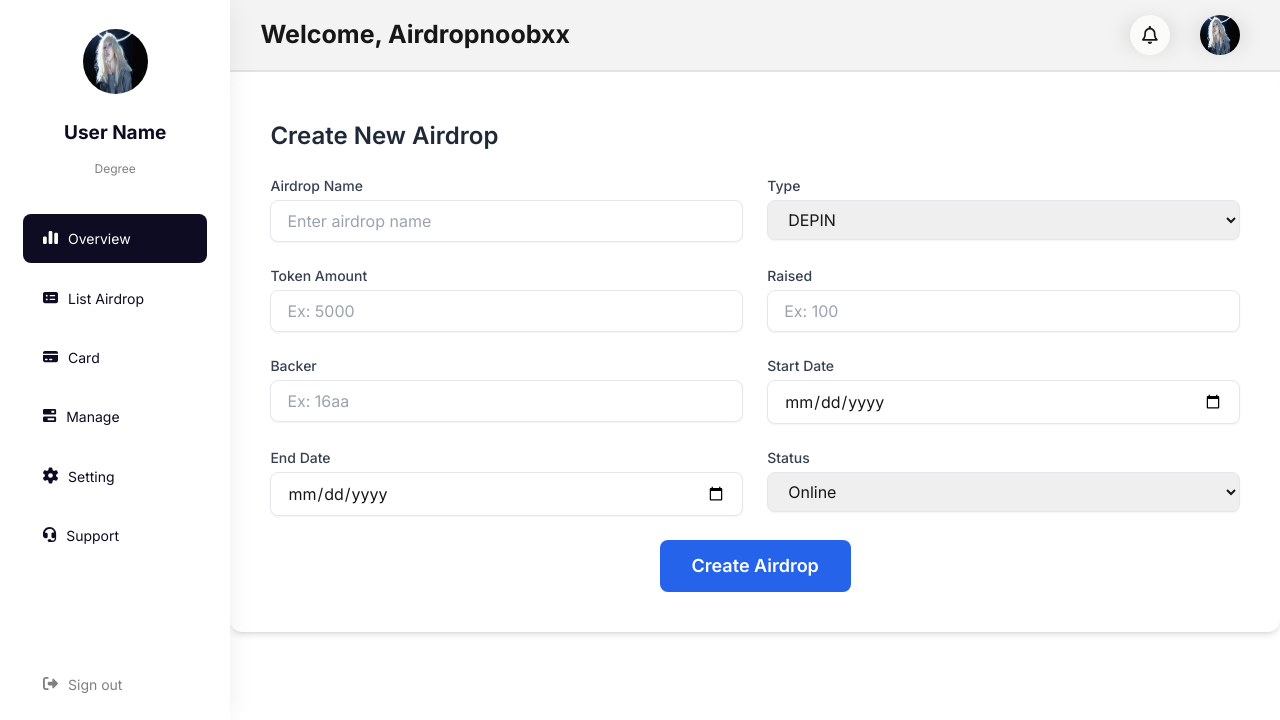
Repository: conGaStuer/airdropmamager
Page: /airdrops/new
These files come from the project's save history. The page is drawn as it stood at one moment and after the next save; the edit follows.
The browser window is 1280 px wide. The pictures show the whole page.
The project was rebuilt for these pictures with package versions that can differ from the ones it lists, and the page was loaded fresh each time. The framework's server and built-in components were replaced by stand-ins that run in the browser. Also part of the build but not shown: next.config.ts, src/styles/addForm.scss.

Above is the page before, as saved 2025-05-28 19:17:15.

### src/app/layout.tsx
// app/layout.tsx
import { Inter } from "next/font/google";
import "../styles/globals.css";
import NavBar from "@/components/NavBar";
import SideBar from "@/components/SideBar";

const inter = Inter({ subsets: ["latin"] });

export const metadata = {
  title: "Airdrop Admin",
  description: "Manage Airdrops",
};

// app/layout.tsx
export default function RootLayout({
  children,
}: {
  children: React.ReactNode;
}) {
  return (
    <html lang="en">
      <body>{children}</body>
    </html>
  );
}

### src/app/airdrops/layout.js
// app/airdrops/layout.js (hoặc layout.tsx nếu bạn dùng TypeScript)
"use client";
import React from "react";
import NavBar from "@/components/NavBar";
import SideBar from "@/components/SideBar";

export default function AirdropLayout({ children }) {
  return (
    <div className="flex">
      <SideBar />
      <div className="flex-1">
        <NavBar />
        <main className="pt-14 ">{children}</main>
      </div>
    </div>
  );
}

### src/app/airdrops/new/page.js
"use client";
import React, { useState } from "react";
import axios from "axios";
import { useRouter } from "next/navigation";
import "../../../styles/addForm.scss";
export default function CreateAirdropPage() {
  const [form, setForm] = useState({
    name: "",
    type: "",
    raised: "",
    status: "",
    tokenAmount: "",
    backer: "",
    startDate: "",
    endDate: "",
  });
  const router = useRouter();
  const handleCreate = async (e) => {
    e.preventDefault();
    await axios.post("http://localhost:5000/api/airdrops", form);
    router.push("/airdrops");
  };
  return (
    <div className="w-full max-w-8xl mx-auto bg-white p-10 rounded-xl shadow-md mt-6">
      <h2 className="text-2xl font-semibold text-gray-800 mb-6">
        Create New Airdrop
      </h2>
      <form onSubmit={handleCreate} className="grid grid-cols-2 gap-6">
        {/* Airdrop Name */}
        <div>
          <label className="block mb-1 text-sm font-medium text-gray-700">
            Airdrop Name
          </label>
          <input
            type="text"
            value={form.name}
            onChange={(e) => setForm({ ...form, name: e.target.value })}
            className="w-full px-4 py-2 border rounded-lg shadow-sm focus:outline-none focus:ring-2 focus:ring-blue-500"
            placeholder="Enter airdrop name"
          />
        </div>

        {/* Type */}
        <div>
          <label className="block mb-1 text-sm font-medium text-gray-700">
            Type
          </label>
          <select
            value={form.type}
            onChange={(e) => setForm({ ...form, type: e.target.value })}
            className="w-full px-4 py-2 border rounded-lg shadow-sm focus:outline-none focus:ring-2 focus:ring-blue-500"
          >
            <option value="DEPIN">DEPIN</option>
            <option value="Testnet">Testnet</option>
            <option value="Webpoint">Webpoint</option>
          </select>
        </div>

        {/* TokenAmount */}
        <div>
          <label className="block mb-1 text-sm font-medium text-gray-700">
            Token Amount
          </label>
          <input
            type="number"
            value={form.tokenAmount}
            onChange={(e) => setForm({ ...form, tokenAmount: e.target.value })}
            className="w-full px-4 py-2 border rounded-lg shadow-sm focus:outline-none focus:ring-2 focus:ring-blue-500"
            placeholder="Ex: 5000"
          />
        </div>

        {/* Raised */}
        <div>
          <label className="block mb-1 text-sm font-medium text-gray-700">
            Raised
          </label>
          <input
            type="number"
            value={form.raised}
            onChange={(e) => setForm({ ...form, raised: e.target.value })}
            className="w-full px-4 py-2 border rounded-lg shadow-sm focus:outline-none focus:ring-2 focus:ring-blue-500"
            placeholder="Ex: 100"
          />
        </div>

        {/* Backer */}
        <div>
          <label className="block mb-1 text-sm font-medium text-gray-700">
            Backer
          </label>
          <input
            type="text"
            value={form.backer}
            onChange={(e) => setForm({ ...form, backer: e.target.value })}
            className="w-full px-4 py-2 border rounded-lg shadow-sm focus:outline-none focus:ring-2 focus:ring-blue-500"
            placeholder="Ex: 16aa"
          />
        </div>

        {/* Start Date */}
        <div>
          <label className="block mb-1 text-sm font-medium text-gray-700">
            Start Date
          </label>
          <input
            type="date"
            value={form.startDate}
            onChange={(e) => setForm({ ...form, startDate: e.target.value })}
            className="w-full px-4 py-2 border rounded-lg shadow-sm focus:outline-none focus:ring-2 focus:ring-blue-500"
          />
        </div>

        {/* End Date */}
        <div>
          <label className="block mb-1 text-sm font-medium text-gray-700">
            End Date
          </label>
          <input
            type="date"
            value={form.endDate}
            onChange={(e) => setForm({ ...form, endDate: e.target.value })}
            className="w-full px-4 py-2 border rounded-lg shadow-sm focus:outline-none focus:ring-2 focus:ring-blue-500"
          />
        </div>

        {/* Status */}
        <div>
          <label className="block mb-1 text-sm font-medium text-gray-700">
            Status
          </label>
          <select
            value={form.status}
            onChange={(e) => setForm({ ...form, status: e.target.value })}
            className="w-full px-4 py-2 border rounded-lg shadow-sm focus:outline-none focus:ring-2 focus:ring-blue-500"
          >
            <option value="online">Online</option>
            <option value="offline">Offline</option>
          </select>
        </div>

        {/* Submit Button */}
        <div className="col-span-2 text-center">
          <button
            type="submit"
            className="px-8 py-3 bg-blue-600 text-white text-lg font-semibold rounded-lg hover:bg-blue-700 transition"
          >
            Create Airdrop
          </button>
        </div>
      </form>
    </div>
  );
}

### src/styles/globals.css
@tailwind base;
@tailwind components;
@tailwind utilities;

:root {
  --background: #ffffff;
  --foreground: #171717;
}

@media (prefers-color-scheme: dark) {
  :root {
    --background: #ffffff;
    --foreground: #393737;
  }
}

body {
  color: var(--foreground);
  background: var(--background);
  font-family: inter;
  background-size: cover;
  background-position: center;
}

### src/components/NavBar.js
import React from "react";
import "../styles/navbar.scss";
import { FontAwesomeIcon } from "@fortawesome/react-fontawesome";
import {
  faEdit,
  faTrash,
  faRectangleList,
  faChartSimple,
  faCreditCard,
  faBarsProgress,
  faGear,
  faHeadset,
  faRightFromBracket,
  faRing,
} from "@fortawesome/free-solid-svg-icons";
import { faBell } from "@fortawesome/free-regular-svg-icons";
import Image from "next/image";
export default function NavBar() {
  return (
    <div className="nav-side">
      <p>Welcome, Airdropnoobxx </p>
      <div className="menu">
        <div className="iconn">
          <FontAwesomeIcon icon={faBell} className="icon" />
        </div>
        <Image src="/styles/avt.jpg" alt="Avatar" width={20} height={20} />
      </div>
    </div>
  );
}

### src/components/SideBar.js
import React from "react";
import "../styles/sideBar.scss";
import { FontAwesomeIcon } from "@fortawesome/react-fontawesome";
import {
  faEdit,
  faTrash,
  faRectangleList,
  faChartSimple,
  faCreditCard,
  faBarsProgress,
  faGear,
  faHeadset,
  faRightFromBracket,
} from "@fortawesome/free-solid-svg-icons";
import Image from "next/image";
import Link from "next/link";
export default function SideBar() {
  return (
    <div className="side-bar">
      <div className="side-info">
        <div className="user-profile">
          <Image src="/styles/avt.jpg" alt="Avatar" width={80} height={80} />
          <h4>User Name</h4>
          <p>Degree</p>
        </div>
      </div>
      <div className="side-menu">
        <div className="menu-element menu-element1">
          <FontAwesomeIcon icon={faChartSimple} className="icon" />

          <span>Overview</span>
        </div>
        <Link href="./airdrops" className="menu-element">
          <FontAwesomeIcon icon={faRectangleList} className="icon" />

          <span>List Airdrop</span>
        </Link>
        <div className="menu-element">
          <FontAwesomeIcon icon={faCreditCard} className="icon" />
          <span>Card</span>
        </div>
        <div className="menu-element">
          <FontAwesomeIcon icon={faBarsProgress} className="icon" />
          <span>Manage</span>
        </div>
        <div className="menu-element">
          <FontAwesomeIcon icon={faGear} className="icon" />
          <span>Setting</span>
        </div>
        <div className="menu-element">
          <FontAwesomeIcon icon={faHeadset} className="icon" />

          <span>Support</span>
        </div>
      </div>
      <div className="side-logout">
        <FontAwesomeIcon icon={faRightFromBracket} className="icon" />
        <span>Sign out</span>
      </div>
    </div>
  );
}

### src/styles/navbar.scss
@mixin center-div {
  display: flex;

  justify-content: space-between;
  align-items: center;
}
@mixin no-space-text {
  margin: 0px;
  padding: 0px;
}
.nav-side {
  width: 82%;
  height: 10vh;
  background-color: #f3f3f3;
  position: fixed;
  float: right;
  right: 0px;

  border-bottom-right-radius: 0px;
  @include center-div();
  padding-left: 30px;
  padding-right: 40px;
  border-bottom: 2px solid rgb(226, 226, 226);
  p {
    font-size: 25px;
    font-weight: bold;
    font-family: "Inter", sans-serif;
  }
  .menu {
    width: 120px;
    height: 90%;
    @include center-div();

    .iconn {
      width: 40px;
      height: 40px;
      background-color: #fbfbfa;
      border-radius: 50%;
      @include center-div();
      justify-content: center;
      position: relative;
      left: 10px;
      box-shadow: 10px 0 20px -5px rgba(0, 0, 0, 0.1),
        -10px 0 20px -5px rgba(0, 0, 0, 0.1);

      .icon {
        font-size: 18px;
      }
    }
    img {
      width: 40px;
      height: 40px;
      border-radius: 50%;
      box-shadow: 10px 0 20px -5px rgba(0, 0, 0, 0.1),
        -10px 0 20px -5px rgba(0, 0, 0, 0.1);
    }
  }
}

### src/styles/sideBar.scss
@mixin center-div {
  display: flex;
  flex-direction: column;
  justify-content: space-between;
  align-items: center;
}
@mixin no-space-text {
  margin: 0px;
  padding: 0px;
}
.side-bar {
  font-family: "Inter", sans-serif;
  @include center-div();
  width: 18%;
  height: 100vh;
  background-color: white;
  color: #808080;
  box-shadow: 10px 0 20px -5px rgba(0, 0, 0, 0.05),
    -10px 0 20px -5px rgba(0, 0, 0, 0.05);
  z-index: 1;
  .icon {
    font-size: 15px;
    margin-right: 10px;
    position: relative;
    top: -1px;
  }
  .side-info {
    width: 80%;
    height: 34%;
    display: flex;
    flex-direction: column;
    justify-content: space-around;
    align-items: center;
    position: relative;
    top: -10px;
    h4 {
      @include no-space-text();
      font-size: 18px;
      font-weight: bold;
    }
    .user-profile {
      width: 75%;
      height: 68%;
      @include center-div();

      img {
        width: 65px;
        height: 65px;
        border-radius: 50%;
      }
      h4 {
        font-size: 19px;
        font-weight: bold;
        @include no-space-text();
        position: relative;
        top: -3px;
        color: #0d0c22;
      }
      p {
        @include no-space-text();
        font-size: 12px;
        position: relative;
        top: -18px;
      }
    }
  }
  .side-menu {
    width: 80%;
    height: 48%;
    @include center-div();
    position: relative;
    top: -65px;
    .menu-element {
      width: 100%;
      height: 14%;
      background-color: white;
      border-radius: 8px;
      font-size: 14px;
      display: flex;
      align-items: center;
      padding: 20px;
      color: #0d0c22;
    }
    .menu-element1 {
      background-color: #0d0c22;
      color: white;
    }
  }
  .side-logout {
    width: 80%;
    height: 7%;
    display: flex;
    align-items: center;
    padding: 20px;
    margin-bottom: 10px;
    span {
      font-size: 14px;
    }
  }
}

### tailwind.config.ts
import type { Config } from "tailwindcss";

export default {
  content: [
    "./src/pages/**/*.{js,ts,jsx,tsx,mdx}",
    "./src/components/**/*.{js,ts,jsx,tsx,mdx}",
    "./src/app/**/*.{js,ts,jsx,tsx,mdx}",
  ],
  theme: {
    extend: {
      colors: {
        background: "var(--background)",
        foreground: "var(--foreground)",
      },
      fontFamily: {
        sans: ["var(--font-inter)", "sans-serif"],
      },
    },
  },
  plugins: [],
} satisfies Config;

After the next save:
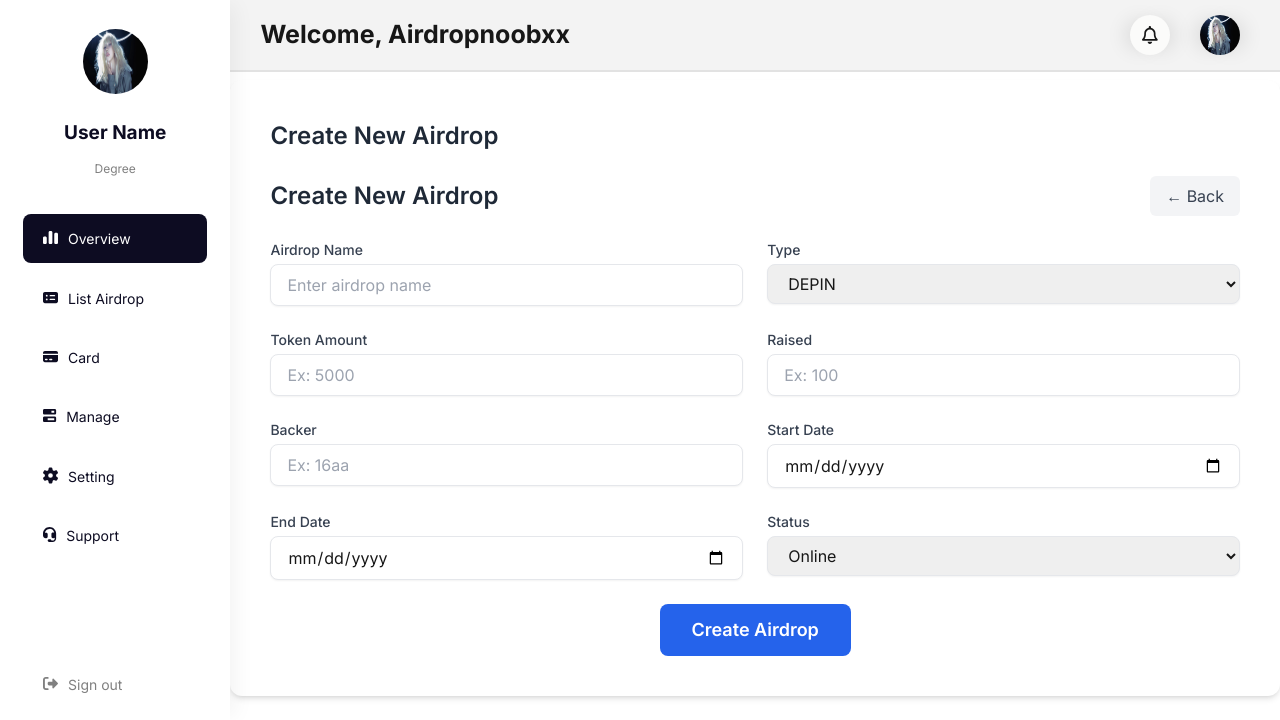
Saved 68 s later.
--- a/src/app/airdrops/new/page.js
+++ b/src/app/airdrops/new/page.js
@@ -25,6 +25,18 @@ export default function CreateAirdropPage() {
       <h2 className="text-2xl font-semibold text-gray-800 mb-6">
         Create New Airdrop
       </h2>
+      <div className="flex items-center justify-between mb-6">
+        <h2 className="text-2xl font-semibold text-gray-800">
+          Create New Airdrop
+        </h2>
+        <button
+          type="button"
+          onClick={() => router.push("/airdrops")}
+          className="inline-flex items-center px-4 py-2 bg-gray-100 text-gray-700 rounded-md hover:bg-gray-200 transition"
+        >
+          ← Back
+        </button>
+      </div>
       <form onSubmit={handleCreate} className="grid grid-cols-2 gap-6">
         {/* Airdrop Name */}
         <div>
